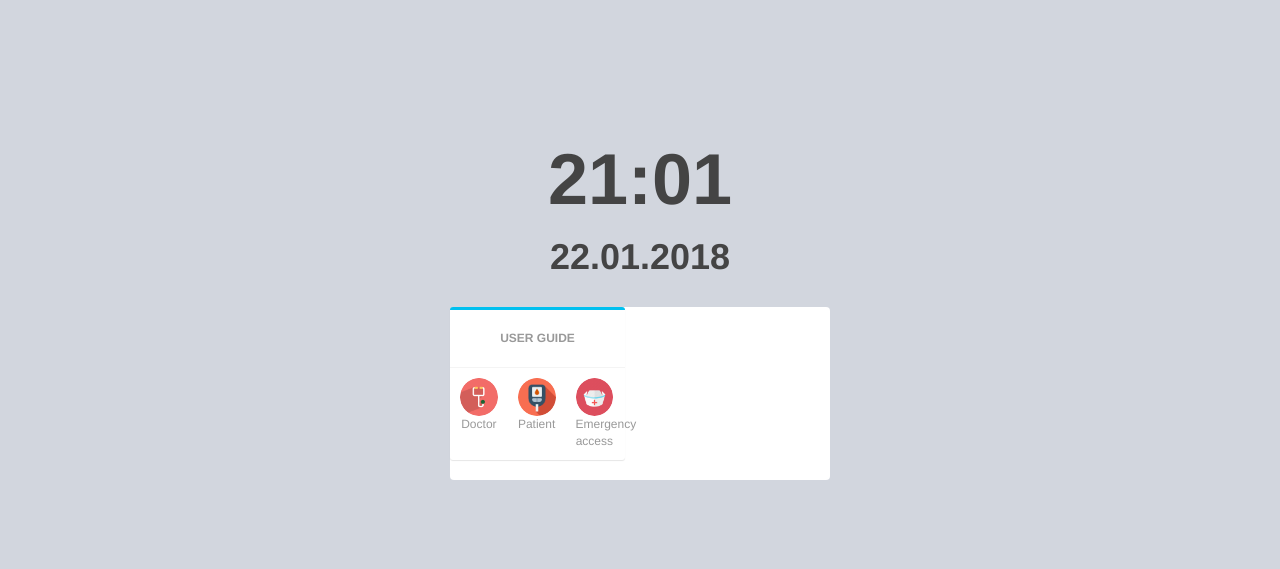
Repository: jaymitdp/AIGP_Main
Page: http://localhost/AIGP/pumpLayout/views/lockScreen.jsp
The author's editor kept a copy of each file at every save. The page is drawn from the files as they stood at one save, then again after the next save.
The browser window is 1280 px wide. The pictures show the whole page.
Some web fonts or font styles are not loaded; a fallback is used. The page is served by Tomcat 9.

Above is the page before, as saved 2018-01-28 19:28:11.

After the next save:
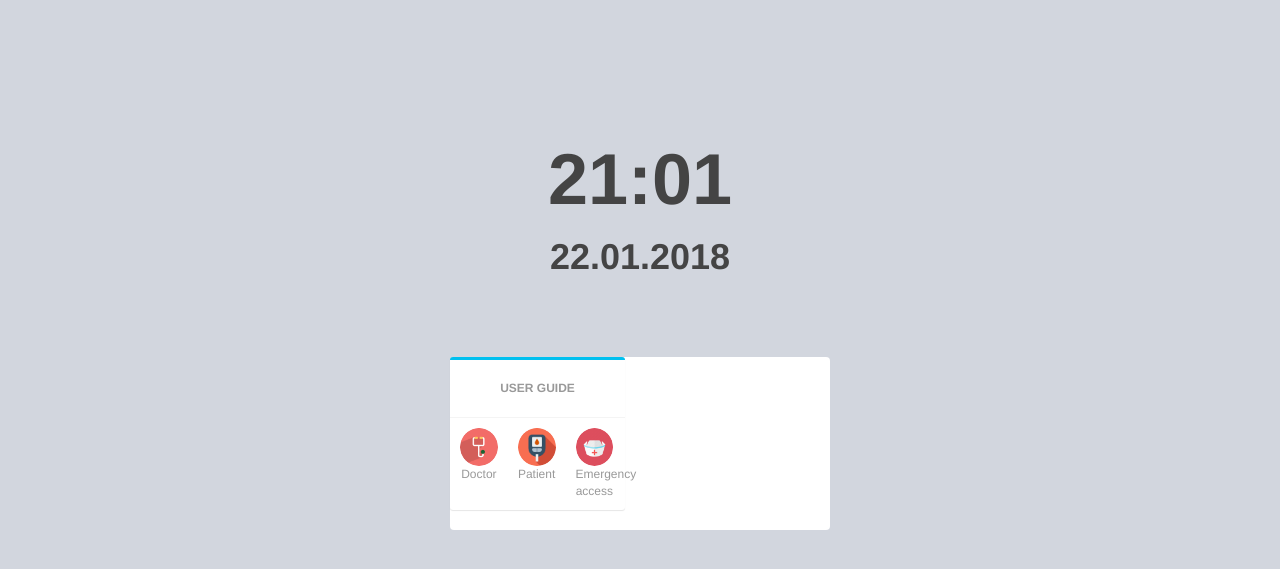
Saved 8 min 14 s later.
--- a/Project/AIGP/WebContent/pumpLayout/views/lockScreen.jsp
+++ b/Project/AIGP/WebContent/pumpLayout/views/lockScreen.jsp
@@ -23,6 +23,7 @@
       <div class="lockscreen-logo">
         <a id="currentTime" href="#"></a><br/>
         <a id="currentDate" href="#"></a><br/>
+        <a id="currentBloodGlucoseLevel" href="#"></a><br/>
       </div>
 
       <!-- START LOCK SCREEN ITEM -->
